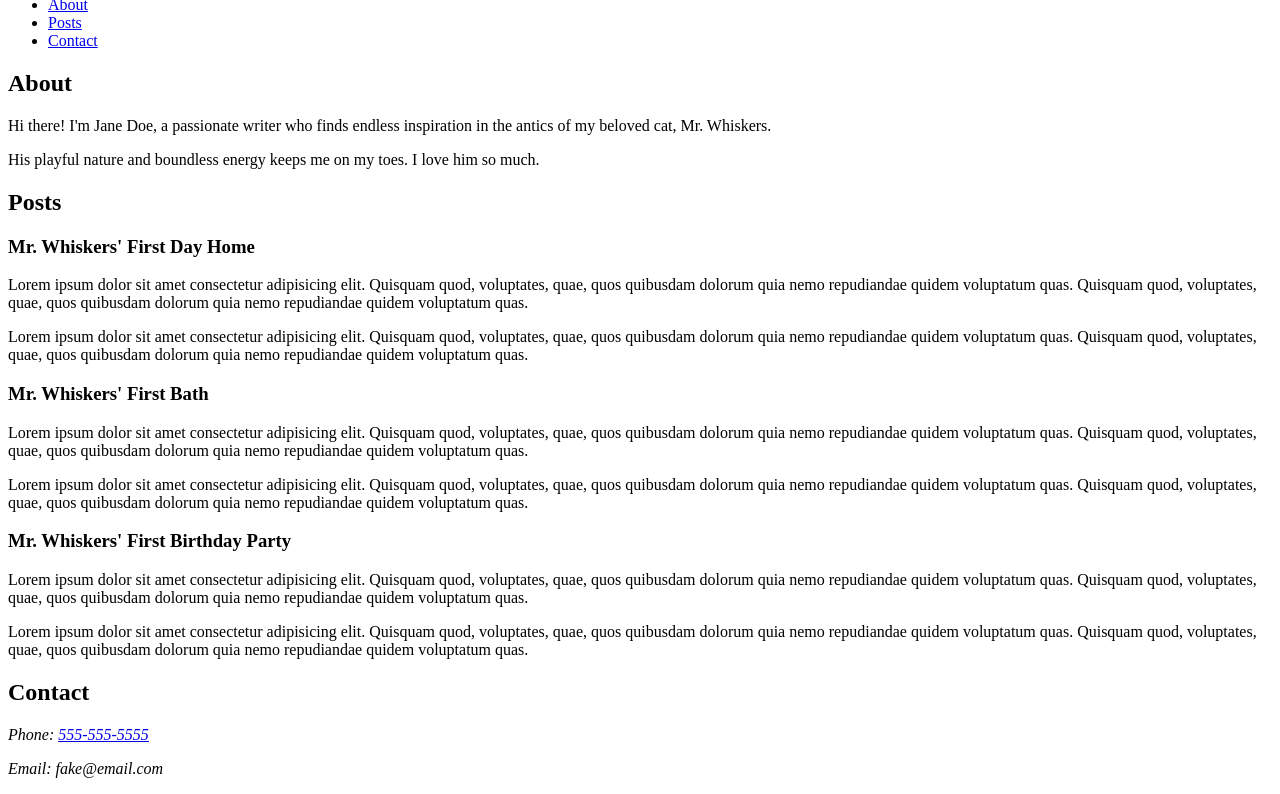
Repository: swapnixxxxxx/first-repo
Page: Html/catblog.html
An editor plug-in stored every save of this project. The page is shown before and after the next save, followed by the edit.
The browser window is 1280 px wide. The pictures show the part of the page from y = 422 to 1216 px (the page is 1216 px tall).
A picture or video elsewhere on the page could not be fetched, so the positions and the page height are approximate.

Above is the page before, as saved 2025-06-10 14:11:21.

### Html/catblog.html
<!DOCTYPE html>
<html lang="en">
  <head>
    <title>Mr. Whiskers' Blog</title>
    <meta charset="UTF-8" />
  </head>
  <body>
    <header>
      <h1>Welcome to Mr. Whiskers' Blog Page!</h1>
      <figure>
        <img
          src="https://cdn.freecodecamp.org/curriculum/css-photo-gallery/1.jpg"
          alt="a cat peacefully sleeping"
        />
        <figcaption>Mr. Whiskers Sleeping</figcaption>
      </figure>
      <nav>
        <ul>
          <li><a href="#about">About</a></li>
          <li><a href="#posts">Posts</a></li>
          <li><a href="#contact">Contact</a></li>
        </ul>
      </nav>
    </header>
    <main>
      <section id="about">
        <h2>About</h2>
        <p>
          Hi there! I'm Jane Doe, a passionate writer who finds endless inspiration in the antics of my beloved cat, Mr. Whiskers.
        </p>
        <p>
          His playful nature and boundless energy keeps me on my toes. I love him so much.
        </p>
      </section>
      <section id="posts">
        <h2>Posts</h2>

        <article>
          <h3>Mr. Whiskers' First Day Home</h3>
          <p>
            Lorem ipsum dolor sit amet consectetur adipisicing elit. Quisquam
            quod, voluptates, quae, quos quibusdam dolorum quia nemo repudiandae
            quidem voluptatum quas. Quisquam quod, voluptates, quae, quos
            quibusdam dolorum quia nemo repudiandae quidem voluptatum quas.
          </p>
          <p>
            Lorem ipsum dolor sit amet consectetur adipisicing elit. Quisquam
            quod, voluptates, quae, quos quibusdam dolorum quia nemo repudiandae
            quidem voluptatum quas. Quisquam quod, voluptates, quae, quos
            quibusdam dolorum quia nemo repudiandae quidem voluptatum quas.
          </p>
        </article>
        <article>
          <h3>Mr. Whiskers' First Bath</h3>
          <p>
            Lorem ipsum dolor sit amet consectetur adipisicing elit. Quisquam
            quod, voluptates, quae, quos quibusdam dolorum quia nemo repudiandae
            quidem voluptatum quas. Quisquam quod, voluptates, quae, quos
            quibusdam dolorum quia nemo repudiandae quidem voluptatum quas.
          </p>
          <p>
            Lorem ipsum dolor sit amet consectetur adipisicing elit. Quisquam
            quod, voluptates, quae, quos quibusdam dolorum quia nemo repudiandae
            quidem voluptatum quas. Quisquam quod, voluptates, quae, quos
            quibusdam dolorum quia nemo repudiandae quidem voluptatum quas.
          </p>
        </article>
        <article>
          <h3>Mr. Whiskers' First Birthday Party</h3>
          <p>
            Lorem ipsum dolor sit amet consectetur adipisicing elit. Quisquam
            quod, voluptates, quae, quos quibusdam dolorum quia nemo repudiandae
            quidem voluptatum quas. Quisquam quod, voluptates, quae, quos
            quibusdam dolorum quia nemo repudiandae quidem voluptatum quas.
          </p>
          <p>
            Lorem ipsum dolor sit amet consectetur adipisicing elit. Quisquam
            quod, voluptates, quae, quos quibusdam dolorum quia nemo repudiandae
            quidem voluptatum quas. Quisquam quod, voluptates, quae, quos
            quibusdam dolorum quia nemo repudiandae quidem voluptatum quas.
          </p>
        </article>
      </section>
    </main>
    <footer>
        <section id="contact">
            <h2>Contact</h2>
            <address>
                <p>Phone: <a href="tel:5555555555">555-555-5555</a></p>
                <p>Email: fake@email.com</p>
            </address>
        </section>
    </footer>
  </body>
</html>

After the next save:
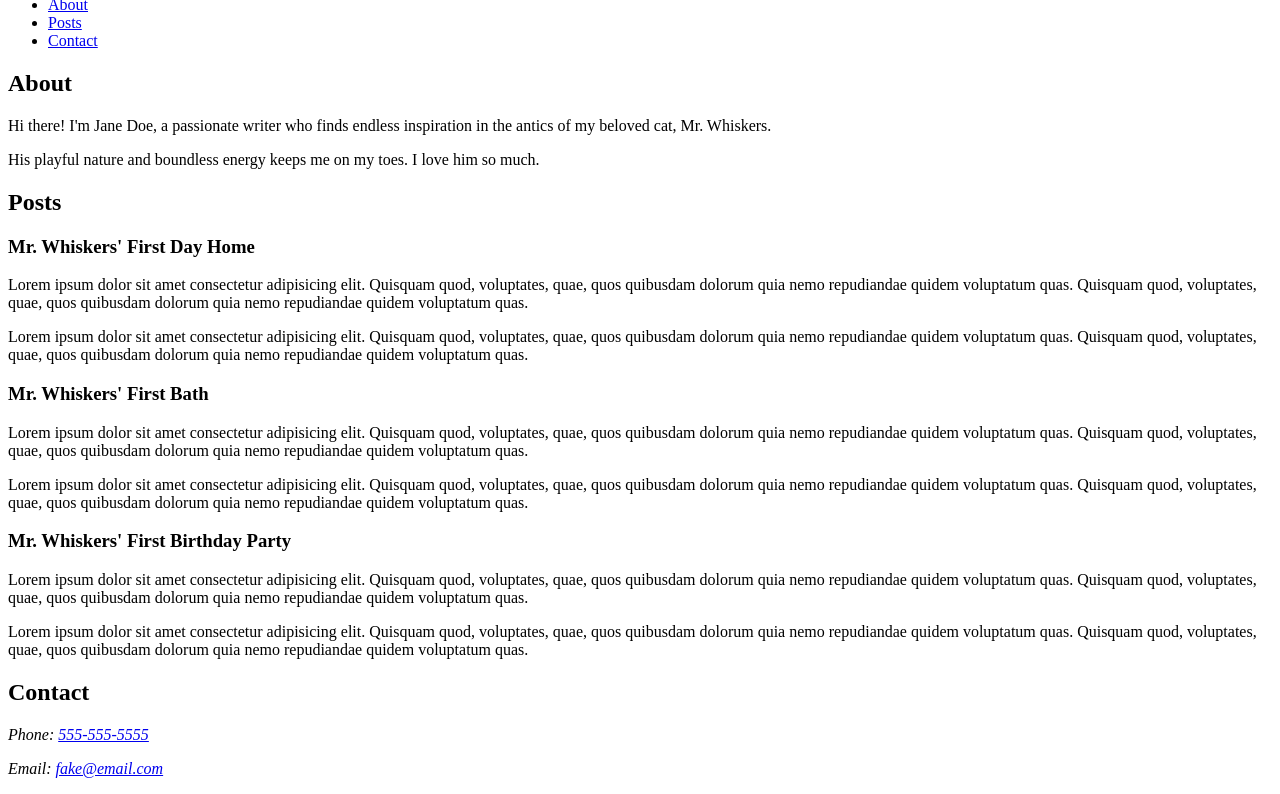
Saved 54 s later.
--- a/Html/catblog.html
+++ b/Html/catblog.html
@@ -87,7 +87,7 @@
             <h2>Contact</h2>
             <address>
                 <p>Phone: <a href="tel:5555555555">555-555-5555</a></p>
-                <p>Email: fake@email.com</p>
+                <p>Email: <a href="mailto:fake@email.com">fake@email.com</a></p>
             </address>
         </section>
     </footer>
